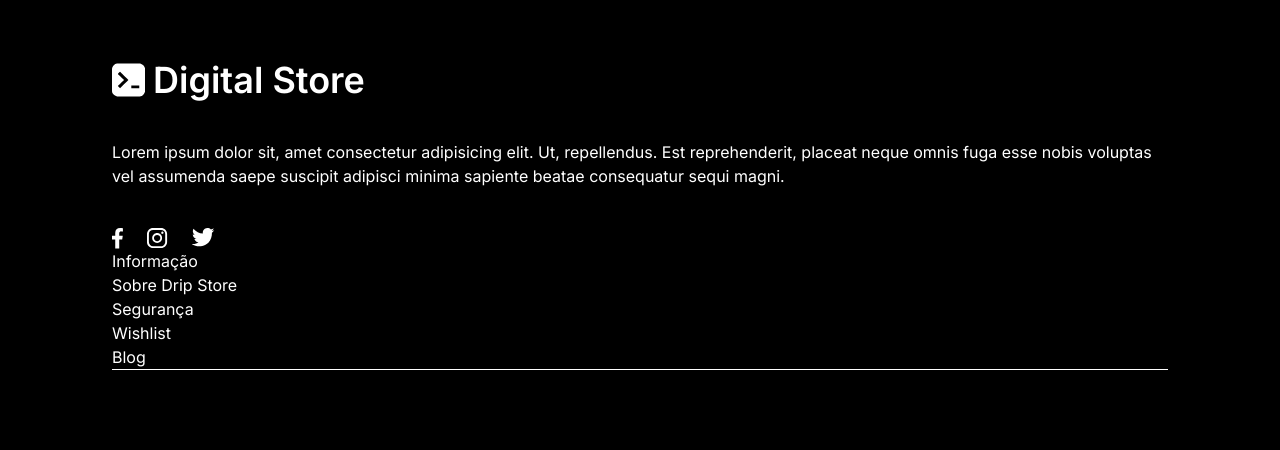
Repository: geracao-09/digital-store
Page: index.html
These files come from the project's save history. The page is drawn as it stood at one moment and after the next save; the edit follows.
The browser window is 1280 px wide. The pictures show the part of the page from y = 3410 to 3884 px (the page is 3860 px tall before and 3884 px after).
A picture or video elsewhere on the page could not be fetched, so the positions and the page height are approximate.

Above is the page before, as saved 2025-04-25 08:50:43.

After the next save:
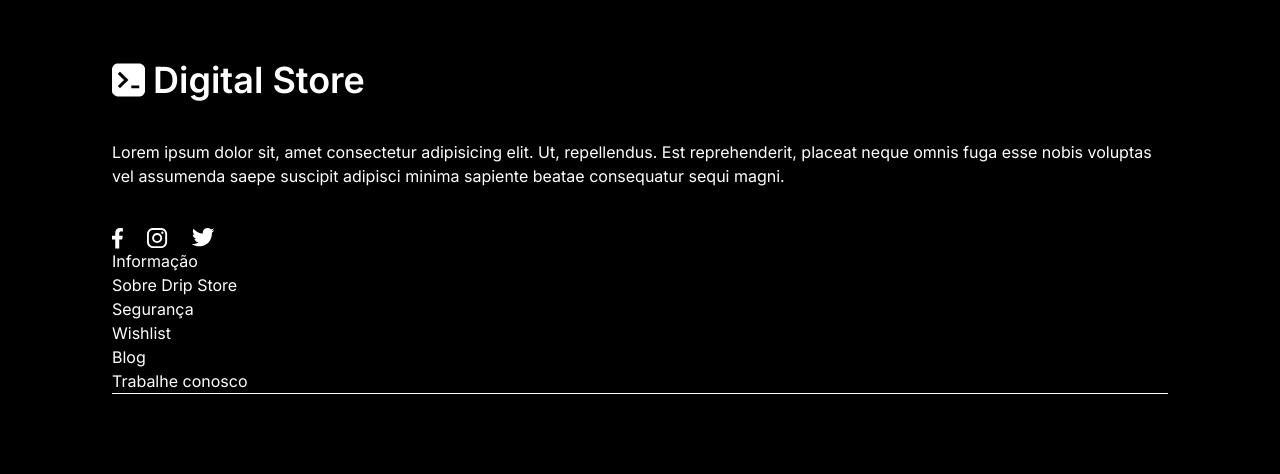
Saved 13 s later.
--- a/index.html
+++ b/index.html
@@ -351,7 +351,9 @@
                 <li><a href="#">
                     Blog
                 </a></li>
-                <li><a href="#"></a></li>
+                <li><a href="#">
+                    Trabalhe conosco
+                </a></li>
                 <li><a href="#"></a></li>
             </ul>
             <ul>
